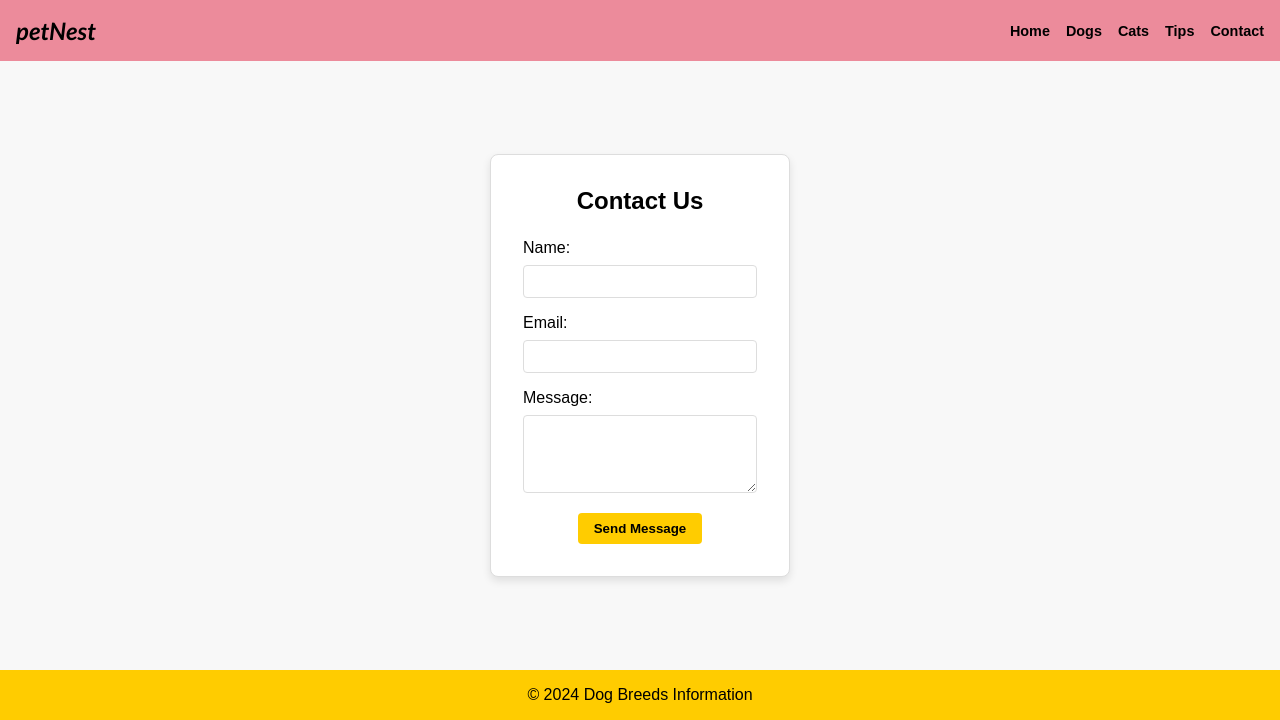
Repository: SHAHZADcodr/pet_care
Page: pages/contact.html
The author's editor kept a copy of each file at every save. The page is drawn from the files as they stood at one save, then again after a run of saves.
The browser window is 1280 px wide. The pictures show the whole page.

Above is the page before, as saved 2024-11-04 23:35:38.

After the next 3 saves:
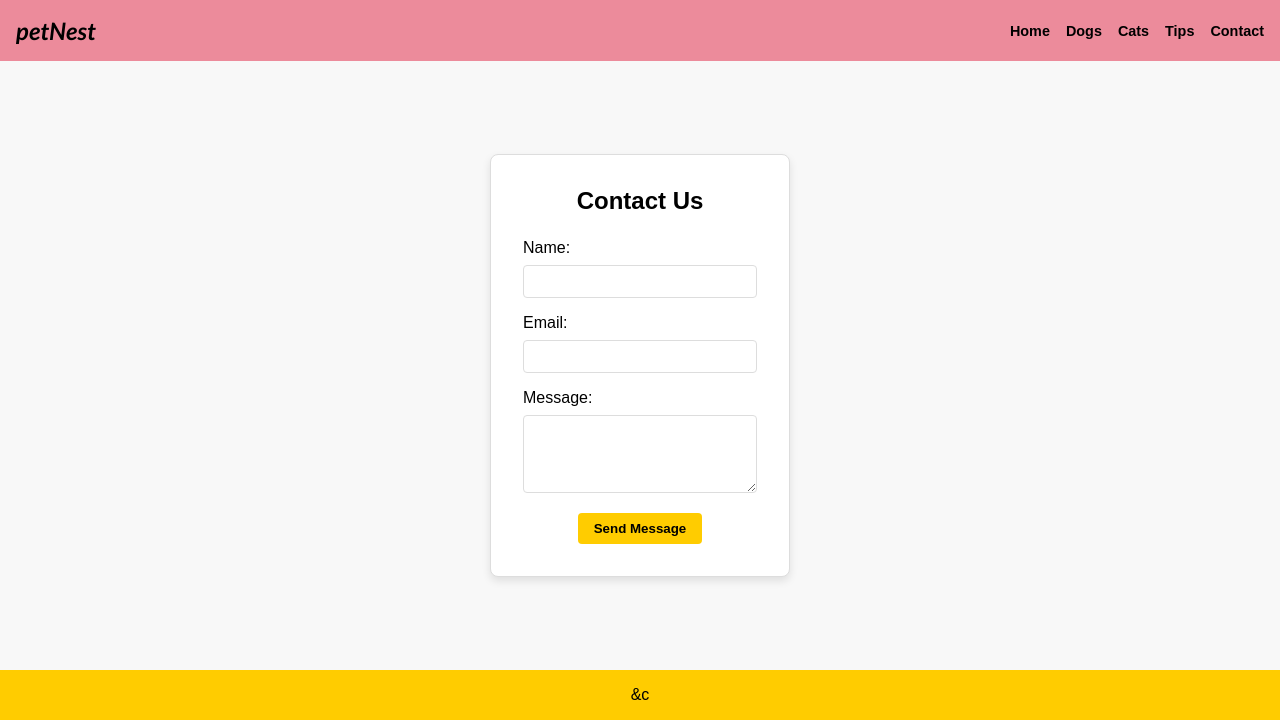
The 3 saves are shown as one change because they came seconds apart.
The last was saved 58 s later.
--- a/pages/contact.html
+++ b/pages/contact.html
@@ -40,7 +40,7 @@
         </div>
     </main>
     <footer>
-        <p>&copy; 2024 Dog Breeds Information</p>
+        <p>&c</p>
     </footer>
 </body>
 </html>
